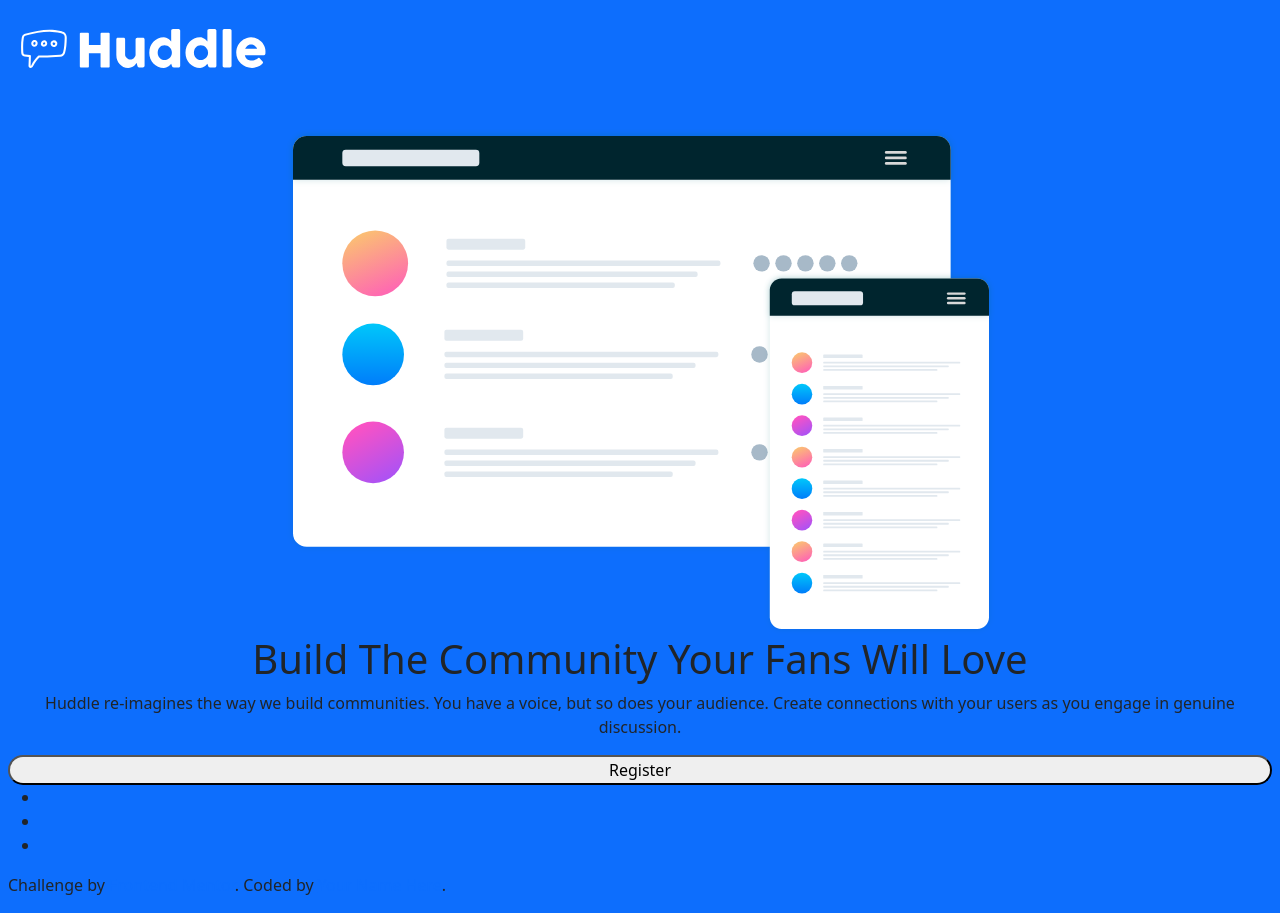
Repository: blordeus/huddle-landing-page-with-single-introductory-section-master
Page: index.html
An editor plug-in stored every save of this project. The page is shown before and after the next save, followed by the edit.
The browser window is 1280 px wide. The pictures show the whole page.

Above is the page before, as saved 2023-08-31 19:23:01.

### index.html
<!DOCTYPE html>
<html lang="en">
<head>
  <meta charset="UTF-8">
  <meta name="viewport" content="width=device-width, initial-scale=1.0"> <!-- displays site properly based on user's device -->

  <link rel="icon" type="image/png" sizes="32x32" href="./images/favicon-32x32.png">
  <link href="https://cdn.jsdelivr.net/npm/bootstrap@5.3.1/dist/css/bootstrap.min.css" rel="stylesheet" integrity="sha384-4bw+/aepP/YC94hEpVNVgiZdgIC5+VKNBQNGCHeKRQN+PtmoHDEXuppvnDJzQIu9" crossorigin="anonymous">

  <title>Frontend Mentor | Huddle landing page with single introductory section</title>

</head>
<body class="bg-primary mx-2 my-3">

  <header class="mb-5">
    <img src="./images/logo.svg" alt="">
  </header>

  <section class="container-fluid text-center">
    <div class="row">
      <div class="col">
        <img src="./images/illustration-mockups.svg" alt="illustration mockups">
      </div>
      <h1>Build The Community Your Fans Will Love</h1>
      <p>
        Huddle re-imagines the way we build communities. You have a voice, but so does your audience.
        Create connections with your users as you engage in genuine discussion.
      </p>
      <button class="rounded-pill px-3 px-1">Register</button>
    </div>
  </section>

  <div class="icons">
    <ul>
      <li><i class="fas fa-facebook    "></i></li>
      <li><i class="fas fa-twitter    "></i></li>
      <li><i class="fas fa-instagram  "></i></li>
    </ul>
  </div>

  <footer>
    <p class="attribution">
      Challenge by <a href="https://www.frontendmentor.io?ref=challenge" target="_blank">Frontend Mentor</a>.
      Coded by <a href="#">Your Name Here</a>.
    </p>
  </footer>
</body>
</html>

After the next save:
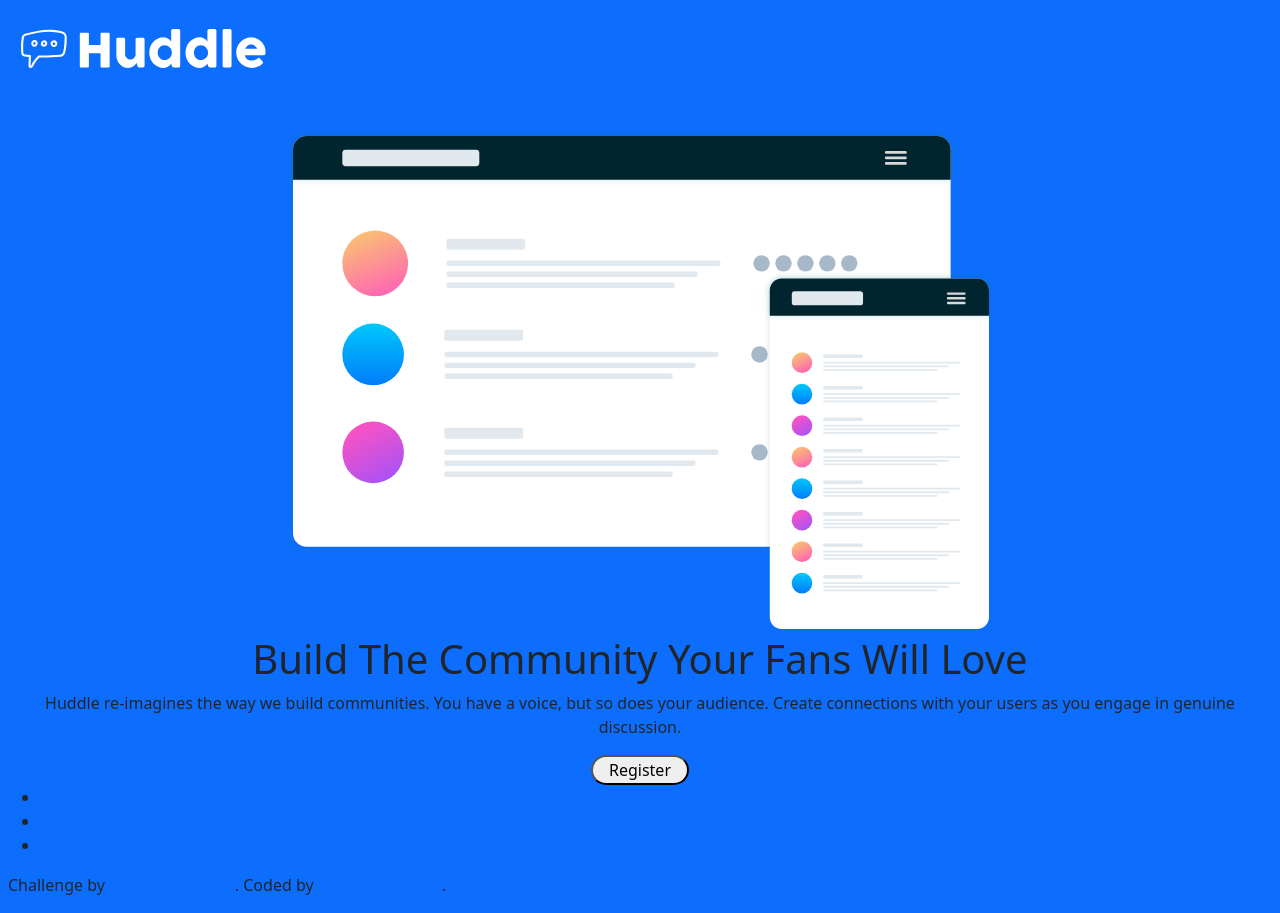
Saved 8 s later.
--- a/index.html
+++ b/index.html
@@ -21,12 +21,14 @@
       <div class="col">
         <img src="./images/illustration-mockups.svg" alt="illustration mockups">
       </div>
-      <h1>Build The Community Your Fans Will Love</h1>
-      <p>
-        Huddle re-imagines the way we build communities. You have a voice, but so does your audience.
-        Create connections with your users as you engage in genuine discussion.
-      </p>
-      <button class="rounded-pill px-3 px-1">Register</button>
+      <div>
+        <h1>Build The Community Your Fans Will Love</h1>
+        <p>
+          Huddle re-imagines the way we build communities. You have a voice, but so does your audience.
+          Create connections with your users as you engage in genuine discussion.
+        </p>
+        <button class="rounded-pill px-3 px-1">Register</button>
+      </div>
     </div>
   </section>
 
